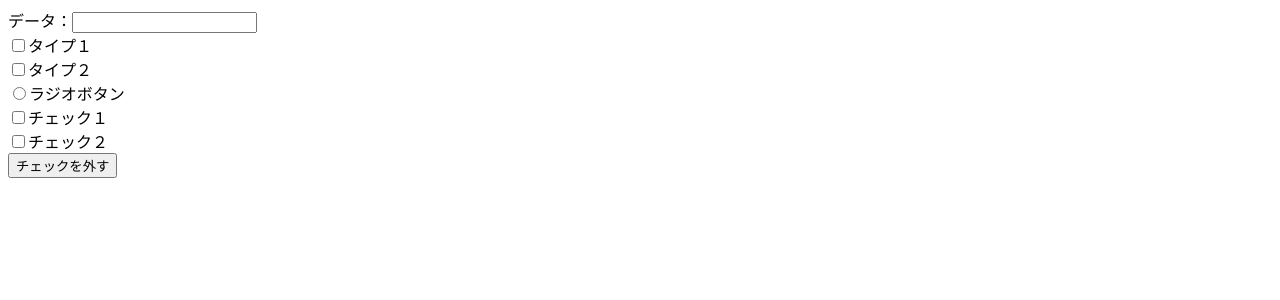
Repository: nathox/backup
Page: http://localhost/Favorite/v.jsp
The author's editor kept a copy of each file at every save. The page is drawn from the files as they stood at one save, then again after the next save.
The browser window is 1280 px wide. The pictures show the whole page.
The page is served by Tomcat 9.

Above is the page before, as saved 2018-02-08 01:59:12.

After the next save:
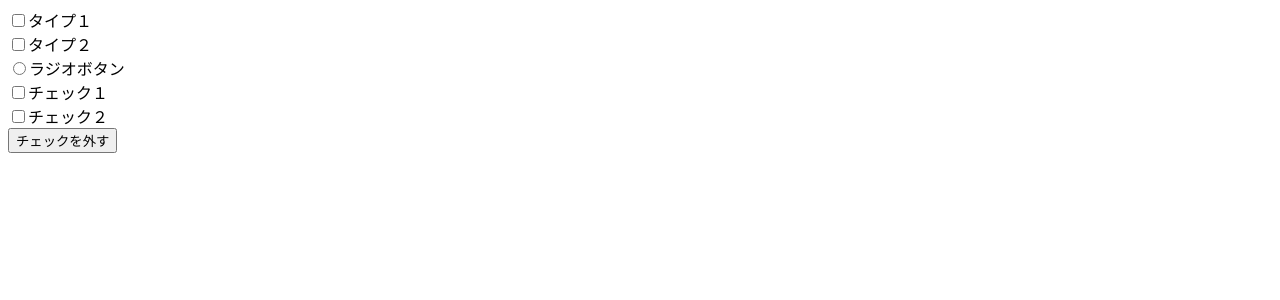
Saved 27 s later.
--- a/Favorite/WebContent/v.jsp
+++ b/Favorite/WebContent/v.jsp
@@ -18,7 +18,7 @@
 </head>
 <body>
 <form name="myFORM">
-データ：<input type="text"><br>
+
 <input type="checkbox" name="myCHK1">タイプ１<br>
 <input type="checkbox" name="myCHK2">タイプ２<br>
 <input type="radio"    name="myRD">ラジオボタン<br>

After the save that followed:
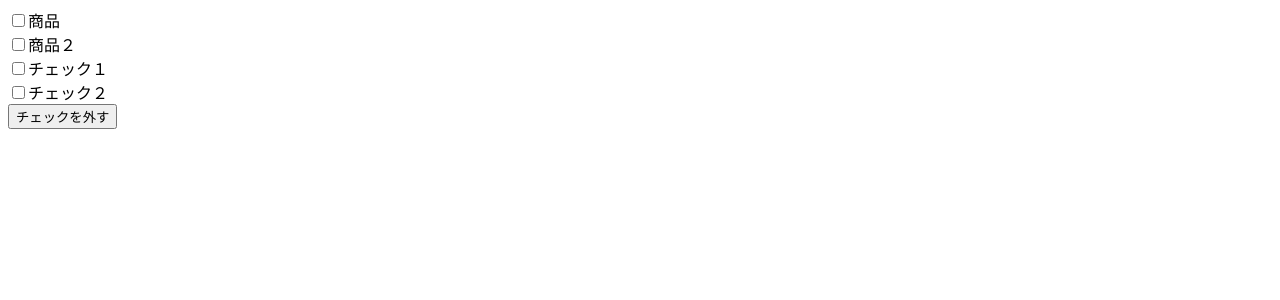
Saved 30 s later.
--- a/Favorite/WebContent/v.jsp
+++ b/Favorite/WebContent/v.jsp
@@ -19,9 +19,8 @@
 <body>
 <form name="myFORM">
 
-<input type="checkbox" name="myCHK1">タイプ１<br>
-<input type="checkbox" name="myCHK2">タイプ２<br>
-<input type="radio"    name="myRD">ラジオボタン<br>
+<input type="checkbox" name="myCHK1">商品<br>
+<input type="checkbox" name="myCHK2">商品２<br>
 <input type="checkbox" name="myCHK3">チェック１<br>
 <input type="checkbox" name="myCHK4">チェック２<br>
 <input type="button"   value="チェックを外す" onClick="checkCB()">
